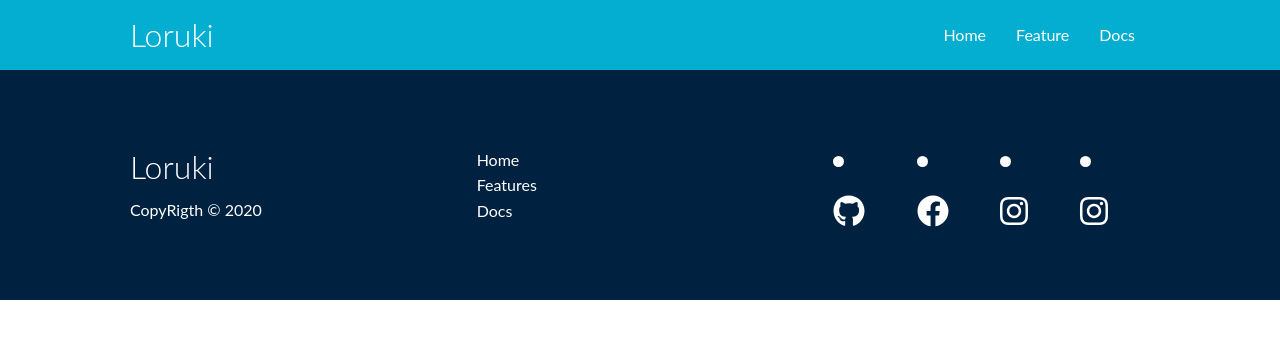
Repository: MosiurRrahman/loruki-app-reactjs
Page: /
These files come from the project's save history. The page is drawn as it stood at one moment and after the next save; the edit follows.
The browser window is 1280 px wide. The pictures show the whole page.
The project was rebuilt for these pictures with package versions that can differ from the ones it lists, and the page was loaded fresh each time.

Above is the page before, as saved 2021-10-05 12:30:46.

### src/index.js
import React from 'react';
import ReactDOM from 'react-dom';
import Layout from './components/app';
import './index.css';
// import './utilities';






class Root extends React.Component{
  render(){
    return(
      <Layout></Layout>
    );
  }
}




ReactDOM.render(
  <React.StrictMode>
    <Root />
  </React.StrictMode>,
  document.getElementById('root')
);

### src/components/app.jsx
import { Component } from "react";
import Footer from "./common/Footer";
import Header from "./common/Header";

class Layout extends Component {
  render() {
    return (
      <>
        <Header />
        <Footer />
      </>
    );
  }
}
export default Layout;

### src/index.css
/* all css imported */

@import url("./assets/css/main");
@import url("./assets/css/utilities");

### src/components/common/Footer.jsx
import {
  faFacebook,
  faGithub,
  faInstagram,
} from "@fortawesome/free-brands-svg-icons";
import { FontAwesomeIcon } from "@fortawesome/react-fontawesome";
import { Component } from "react";

class Footer extends Component {
  render() {
    return (
      <>
        <footer className="footer bg-dark py-5">
          <div className="container grid grid-3">
            <div>
              <h1>Loruki</h1>
              <p>CopyRigth &copy; 2020</p>
            </div>
            <nav>
              <ul>
                <li>
                  <a href="index.html">Home</a>
                </li>
                <li>
                  <a href="feature.html">Features</a>
                </li>
                <li>
                  <a href="docs.html">Docs</a>
                </li>
              </ul>
            </nav>
            <div className="social">
              <a href="#">
                <li className="fa-2x">
                  <FontAwesomeIcon icon={faGithub} />
                </li>
              </a>
              <a href="#">
                <li className="fa-2x">
                  <FontAwesomeIcon icon={faFacebook} />
                </li>
              </a>
              <a href="#">
                <li className="fa-2x">
                  <FontAwesomeIcon icon={faInstagram} />
                </li>
              </a>
              <a href="#">
                <li className=" fa-2x">
                  <FontAwesomeIcon icon={faInstagram} />
                </li>
              </a>
            </div>
          </div>
        </footer>
      </>
    );
  }
}
export default Footer;

### src/components/common/Header.jsx
import { Component } from "react";

class Header extends Component {
  render() {
    return (
      <>
        <div className="navbar">
          <div className="container flex">
            <h1 className="logo">Loruki</h1>
            <nav>
              <ul>
                <li>
                  <a href="index.html">Home</a>
                </li>
                <li>
                  <a href="feature.html">Feature</a>
                </li>
                <li>
                  <a href="docs.html">Docs</a>
                </li>
              </ul>
            </nav>
          </div>
        </div>
      </>
    );
  }
}
export default Header;

### src/assets/css/main.css
:root {
  --primary-color: #04aed0;
  --secondry-color: #04a1c0;
  --dark-color: #002240;
  --light-color: #f4f4ff;
  --success-color: #5cb85c;
  --error-color: #d9534f;
}

* {
  box-sizing: border-box;
  margin: 0;
  padding: 0;
}

body {
  font-family: "lato", sans-serif;
  color: #333333;
  line-height: 1.6;
}

ul {
  list-style-type: none;
}

a {
  text-decoration: none;
  color: #333333;
}

h1,
h2 {
  font-weight: 300;
  line-height: 1.2;
  margin: 10px 0;
}

p {
  margin: 10px 0;
}

img {
  width: 100%;
}

code,
pre {
  background: #333;
  color: #fff;
  padding: 10px;
}

.hidden {
  visibility: hidden;
  height: 0;
}

/* === navbar style === */

.navbar {
  background-color: var(--primary-color);
  color: #ffffff;
  height: 70px;
}

.navbar .flex {
  justify-content: space-between;
}

.navbar ul {
  display: flex;
}

.navbar ul a {
  padding: 10px;
  margin: 0 5px;
  color: #fff;
  transition: 0.3s;
}

.navbar ul a:hover {
  border-bottom: 2px solid #fff;
}

/* === Showcase style === */

.showcase {
  height: 400px;
  background-color: var(--primary-color);
  color: #fff;
  position: relative;
}

.showcase h1 {
  font-size: 40px;
}

.showcase p {
  margin: 20px 0;
}

.showcase .grid {
  overflow: visible;
  grid-template-columns: 55% 45%;
  gap: 30px;
}

body {
  overflow-x: hidden;
}

.showcase-form {
  position: relative;
  top: 60px;
  height: 350px;
  max-width: 400px;
  padding: 40px;
  z-index: 100;
  animation: slideInFromRight 1s ease-in;
}

.showcase-text {
  animation: slideInFromLeft 1s ease-in;
}

.showcase .form-control {
  margin: 30px 0;
}

.showcase input[type="text"],
.showcase input[type="email"] {
  border: 0;
  border-bottom: 1px solid #b4becb;
  width: 100%;
  padding: 3px;
  font-size: 16px;
}

.showcase-form input:focus {
  outline: none;
}

.showcase::before,
.showcase::after {
  content: "";
  position: absolute;
  height: 100px;
  background: #fff;
  left: 0;
  bottom: -60px;
  right: 0;
  transform: skewY(-3deg);
  --webkit-transform: skewY(-3deg);
  --moz-transform: skewY(-3deg);
  --ms-transform: skewY(-3deg);
}

/* ===stats=== */

.stats {
  padding-top: 100px;
  animation: slideInFromBottom 1s ease-in;
}

.stats-heading {
  max-width: 500px;
  margin: auto;
}

.stats .grid h3 {
  font-size: 35px;
}

.stats .grid p {
  font-size: 20px;
  font-weight: bold;
}

/* cli */

.cli .grid {
  grid-template-columns: repeat(3, 1fr);
  grid-template-rows: repeat(2, 1fr);
}

.cli .grid > *:first-child {
  grid-column: 1 / span 2;
  grid-row: 1 / span 2;
}

/* Cloud */

.cloud .grid {
  grid-template-columns: repeat(4fr, 1fr);
}

/* languages */

.languages .flex {
  flex-wrap: wrap;
}

.languages .card {
  text-align: center;
  margin: 18px 10px 40px;
  transition: 0.3s;
}

.languages .card:hover {
  transform: translateY(-15px);
  color: var(--primary-color);
}

.languages .card h4 {
  font-size: 20px;
  margin-bottom: 10px;
}

/* Feature section */

.freatures-head img,
.docs-head img {
  width: 200px;
  justify-self: center;
}

.freatures-sub-head img {
  width: 300px;
  justify-self: flex-end;
}

/* feature main */

.freatures-main .card > i {
  margin-right: 20px;
}

.freatures-main .grid {
  padding: 30px;
}

.freatures-main .grid > *:first-child {
  grid-column: 1 / span 3;
}

.freatures-main .grid > *:nth-child(2) {
  grid-column: 1 / span 2;
}

.freatures-main .grid > *:nth-child(2) {
  justify-content: start;
}

/* dosc */

.docs-main h3 {
  margin: 20px 0;
}

.docs-main .grid {
  grid-template-columns: 1fr 2fr;
  align-items: flex-start;
}

.docs-main nav li {
  font-size: 20px;
  padding-bottom: 5px;
  margin-bottom: 5px;
  border-bottom: 1px solid #ccc;
}

.docs-main nav a:hover {
  color: var(--primary-color);
  font-weight: bold;
}

/* Footer */
.footer .social {
  display: flex;
}
.footer .social a {
  margin: 0 10px;
}

.footer .social a li {
  transition: 0.3s;
}

.footer .social a li:hover {
  transform: translateY(-5px);
  color: var(--primary-color);
}

/* Animation */

@keyframes slideInFromLeft {
  0% {
    transform: translateX(-100%);
  }
  100% {
    transform: translateX(0);
  }
}

@keyframes slideInFromRight {
  0% {
    transform: translateX(70%);
  }
  100% {
    transform: translateX(0);
  }
}

@keyframes slideInFromTop {
  0% {
    transform: translateY(-100%);
  }
  100% {
    transform: translateX(0);
  }
}

@keyframes slideInFromBottom {
  0% {
    transform: translateY(100%);
  }
  100% {
    transform: translateX(0);
  }
}

/* ===responsive css ===*/

/* Tablets and under */

@media (max-width: 768px) {
  .grid,
  .showcase .grid,
  .stats .grid,
  .cli .grid,
  .cloud .grid,
  .freature-main .grid,
  .docs-main .grid {
    grid-template-columns: 1fr;
    grid-template-rows: 1fr;
  }
  .showcase {
    height: auto;
  }
  .showcase-text {
    text-align: center;
    margin-top: 40px;
    animation: slideInFromTop 1s ease-in;
  }
  .showcase-form {
    justify-self: center;
    margin: auto;
    animation: slideInFromBottom 1s ease-in;
  }
  .cli .grid > *:first-child {
    grid-column: 1;
    grid-row: 1;
  }
  .freatures-head,
  .freatures-sub-head,
  .docs-head {
    text-align: center;
  }
  .freatures-head img,
  .freatures-sub-head img,
  .docs-head img {
    justify-self: center;
  }
  .freatures-main .grid > *:first-child,
  .freatures-main .grid > *:nth-child(2) {
    grid-column: 1;
  }
}

/* Mobile */

@media (max-width: 500px) {
  .navbar {
    height: 110px;
  }
  .navbar .flex {
    flex-direction: column;
  }
  .navbar ul {
    padding: 10px;
    background: rgba(0, 0, 0, 0.1);
  }
}

/* ===responsive css end ===*/

### src/assets/css/utilities.css
/* === utlities === */

.container {
  max-width: 1100px;
  margin: 0 auto;
  overflow: auto;
  padding: 0 40px;
}

.card {
  background-color: #fff;
  color: #333;
  border-radius: 10px;
  box-shadow: 0 3px 10px rgba(0, 0, 0, 0.2);
  padding: 20px;
  margin: 10px;
}

.card p {
  padding-left: 20px;
}

.btn {
  display: inline-block;
  padding: 10px 30px;
  cursor: pointer;
  background: var(--primary-color);
  color: #fff;
  border: none;
  border-radius: 5px;
  transition: 0.3s;
}

.btn-outline {
  background-color: transparent;
  border: 1px solid #ffffff;
}

.btn:hover {
  transform: translate(5px);
}

/* background and colored buttons */

.btn-primary,
.bg-primary {
  background-color: var(--primary-color);
  color: #ffffff;
}

.btn-secondry,
.bg-secondry {
  background-color: var(--secondry-color);
  color: #ffffff;
}

.btn-dark,
.bg-dark {
  background-color: var(--dark-color);
  color: #ffffff;
}

.btn-light,
.bg-light {
  background-color: var(--light-color);
  color: #333;
}

.btn-primary a,
.bg-primary a,
.btn-secondry a,
.bg-secondry a,
.btn-dark a,
.bg-dark a {
  color: #fff;
}

/* text sizes */

.lead {
  font-size: 20px;
}

.sm {
  font-size: 1rem;
}

.md {
  font-size: 2rem;
}

.lg {
  font-size: 3rem;
}

.xl {
  font-size: 4rem;
}

.text-center {
  text-align: center;
}

.flex {
  display: flex;
  justify-items: center;
  align-items: center;
  height: 100%;
}

.grid {
  display: grid;
  grid-template-columns: repeat(2, 1fr);
  gap: 20px;
  justify-content: center;
  align-items: center;
  height: 100%;
}

.grid-3 {
  grid-template-columns: repeat(3, 1fr);
}

/* alart */

.alert {
  background-color: var(--light-color);
  padding: 10px 20px;
  font-weight: bold;
  margin: 15px 0;
}

.alert i {
  margin-right: 10px;
}

.alert-success {
  background-color: var(--success-color);
  color: #fff;
}

.alert-error {
  background-color: var(--errer-color);
  color: #fff;
}

/* Margin */

.my-1 {
  margin: 1rem 0;
}

.my-2 {
  margin: 1.5rem 0;
}

.my-3 {
  margin: 2rem;
}

.my-4 {
  margin: 3rem 0;
}

.my-5 {
  margin: 4rem 0;
}

.m-1 {
  margin: 1rem;
}

.m-2 {
  margin: 1.5rem;
}

.m-3 {
  margin: 2rem;
}

.m-4 {
  margin: 3rem;
}

.m-5 {
  margin: 4rem;
}

/* padding */

.py-1 {
  padding: 1rem 0;
}

.py-2 {
  padding: 1.5rem 0;
}

.py-3 {
  padding: 2rem;
}

.py-4 {
  padding: 3rem 0;
}

.py-5 {
  padding: 4rem 0;
}

.p-1 {
  padding: 1rem;
}

.p-2 {
  padding: 1.5rem;
}

.p-3 {
  padding: 2rem;
}

.p-4 {
  padding: 3rem;
}

.p-5 {
  padding: 4rem;
}

Loaded but not shown: public/index.html (common file)

After the next save:
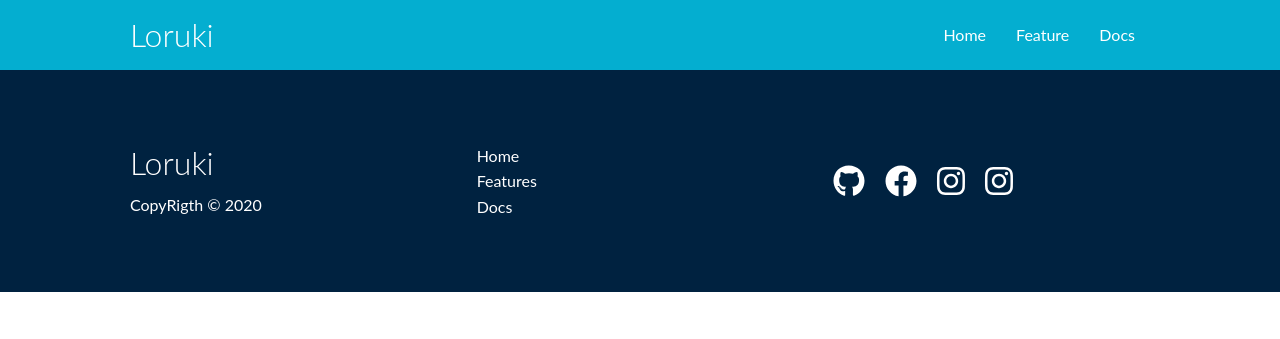
Saved 18 s later.
--- a/src/assets/css/main.css
+++ b/src/assets/css/main.css
@@ -283,6 +283,7 @@ body {
 }
 
 .footer .social a li {
+  list-style-type: none;
   transition: 0.3s;
 }
 
